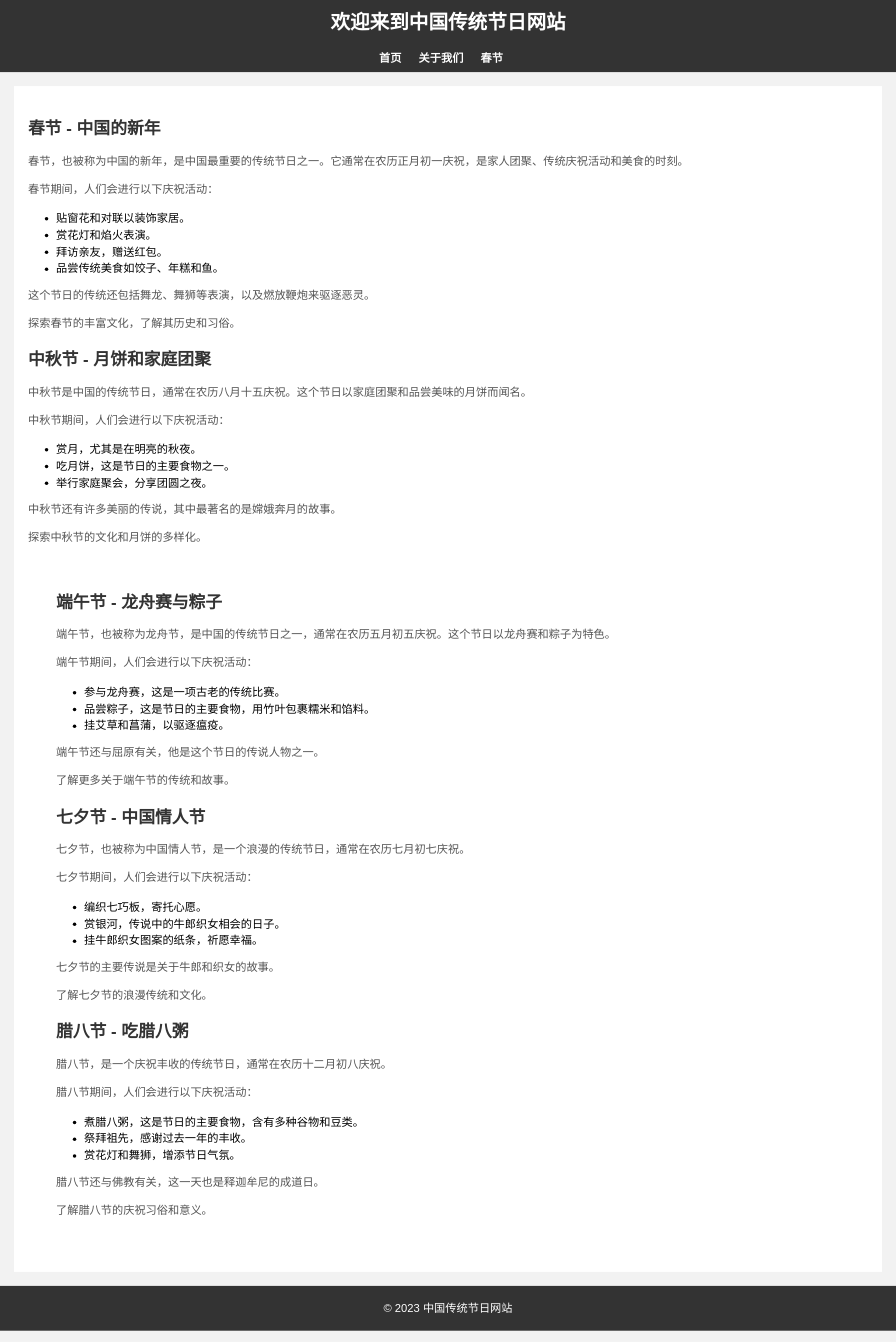
Repository: XueJie1/computer-operation-basics
Page: index.html
An editor plug-in stored every save of this project. The page is shown before and after the next save, followed by the edit.
The browser window is 1280 px wide. The pictures show the whole page, at 70% of full size.

Above is the page before, as saved 2023-08-30 14:56:39.

### index.html
<!DOCTYPE html>
<html lang="zh-CN">

<head>
    <meta charset="UTF-8">
    <meta name="viewport" content="width=device-width, initial-scale=1.0">
    <title>中国传统节日</title>
    <link rel="stylesheet" type="text/css" href="./css/styles.css" />
    <script src="https://cdn.bootcdn.net/ajax/libs/jquery/3.6.4/jquery.js"></script>
</head>

<body>
    <div id="header"></div>
    <main>
        <section id="spring-festival">
            <h2>春节 - 中国的新年</h2>
            <p>春节，也被称为中国的新年，是中国最重要的传统节日之一。它通常在农历正月初一庆祝，是家人团聚、传统庆祝活动和美食的时刻。</p>
            <p>春节期间，人们会进行以下庆祝活动：</p>
            <ul>
                <li>贴窗花和对联以装饰家居。</li>
                <li>赏花灯和焰火表演。</li>
                <li>拜访亲友，赠送红包。</li>
                <li>品尝传统美食如饺子、年糕和鱼。</li>
            </ul>
            <p>这个节日的传统还包括舞龙、舞狮等表演，以及燃放鞭炮来驱逐恶灵。</p>
            <p>探索春节的丰富文化，了解其历史和习俗。</p>
        </section>

        <section id="mid-autumn-festival">
            <h2>中秋节 - 月饼和家庭团聚</h2>
            <p>中秋节是中国的传统节日，通常在农历八月十五庆祝。这个节日以家庭团聚和品尝美味的月饼而闻名。</p>
            <p>中秋节期间，人们会进行以下庆祝活动：</p>
            <ul>
                <li>赏月，尤其是在明亮的秋夜。</li>
                <li>吃月饼，这是节日的主要食物之一。</li>
                <li>举行家庭聚会，分享团圆之夜。</li>
            </ul>
            <p>中秋节还有许多美丽的传说，其中最著名的是嫦娥奔月的故事。</p>
            <p>探索中秋节的文化和月饼的多样化。</p>
        </section>

        <main>
            <!-- 春节内容（与前面示例一致） -->

            <!-- 中秋节内容（与前面示例一致） -->

            <section id="dragon-boat-festival">
                <h2>端午节 - 龙舟赛与粽子</h2>
                <p>端午节，也被称为龙舟节，是中国的传统节日之一，通常在农历五月初五庆祝。这个节日以龙舟赛和粽子为特色。</p>
                <p>端午节期间，人们会进行以下庆祝活动：</p>
                <ul>
                    <li>参与龙舟赛，这是一项古老的传统比赛。</li>
                    <li>品尝粽子，这是节日的主要食物，用竹叶包裹糯米和馅料。</li>
                    <li>挂艾草和菖蒲，以驱逐瘟疫。</li>
                </ul>
                <p>端午节还与屈原有关，他是这个节日的传说人物之一。</p>
                <p>了解更多关于端午节的传统和故事。</p>
            </section>

            <section id="qixi-festival">
                <h2>七夕节 - 中国情人节</h2>
                <p>七夕节，也被称为中国情人节，是一个浪漫的传统节日，通常在农历七月初七庆祝。</p>
                <p>七夕节期间，人们会进行以下庆祝活动：</p>
                <ul>
                    <li>编织七巧板，寄托心愿。</li>
                    <li>赏银河，传说中的牛郎织女相会的日子。</li>
                    <li>挂牛郎织女图案的纸条，祈愿幸福。</li>
                </ul>
                <p>七夕节的主要传说是关于牛郎和织女的故事。</p>
                <p>了解七夕节的浪漫传统和文化。</p>
            </section>

            <section id="laba-festival">
                <h2>腊八节 - 吃腊八粥</h2>
                <p>腊八节，是一个庆祝丰收的传统节日，通常在农历十二月初八庆祝。</p>
                <p>腊八节期间，人们会进行以下庆祝活动：</p>
                <ul>
                    <li>煮腊八粥，这是节日的主要食物，含有多种谷物和豆类。</li>
                    <li>祭拜祖先，感谢过去一年的丰收。</li>
                    <li>赏花灯和舞狮，增添节日气氛。</li>
                </ul>
                <p>腊八节还与佛教有关，这一天也是释迦牟尼的成道日。</p>
                <p>了解腊八节的庆祝习俗和意义。</p>
            </section>

            <!-- 添加更多节日的信息 -->

        </main>


    </main>


    <div id="footer"></div>
    <script>
        $("#header").load("header.html");
        $("#footer").load("footer.html");
    </script>
</body>

</html>

### css/styles.css

body {
    font-family: Arial, sans-serif;
    margin: 0;
    padding: 0;
    background-color: #f2f2f2;
}

/* 样式化导航菜单 */
header {
    background-color: #333;
    color: #fff;
    padding: 10px 0;
}

header h1 {
    text-align: center;
    text-decoration: none;
    color: #fff;
}

nav ul {
    list-style-type: none;
    margin: 0;
    padding: 0;
    text-align: center;
}

nav ul li {
    display: inline;
    margin-right: 20px;
}

nav ul li a {
    text-decoration: none;
    color: #fff;
    font-weight: bold;
    font-size: 16px;
}

nav ul li a:hover {
    color: #ff9900; /* 鼠标悬停时的颜色 */
}

main {
    margin: 20px 20px 20px 20px;
}

footer p{
    color: #fff;
    text-align: center;
    background-color: #333;
    padding-top: 20px;
    padding-bottom: 20px;
}

/* 为网页容器设置样式 */
.container {
    display: flex;
}

/* 侧边栏样式 */
.sidebar {
    flex: 0 0 25%; /* 侧边栏占据25%的宽度 */
    background-color: #333;
    color: #fff;
    padding: 20px;
}

.sidebar ul {
    list-style-type: none;
    padding: 0;
}

.sidebar ul li {
    margin-bottom: 10px;
}

.sidebar ul li a {
    text-decoration: none;
    color: #fff;
    font-weight: bold;
    font-size: 16px;
}

/* 主内容区域样式 */
main {
    flex: 0 0 75%; /* 主内容区域占据75%的宽度 */
    background-color: #fff;
    padding: 20px;
}

/* 标题样式 */
h1 {
    font-size: 28px;
    color: #333;
    margin-top: 0;
}

h2 {
    font-size: 24px;
    color: #333;
}

/* 正文样式 */
p {
    font-size: 16px;
    line-height: 1.5;
    color: #555;
}

/* 添加更多栏目的样式，可以按照需要扩展 */

### header.html
<header>
    <h1>欢迎来到中国传统节日网站</h1>
    <!-- 这里放置你的网站导航菜单、标志等内容 -->
    <nav>
        <ul>
            <li><a href="index.html">首页</a></li>
            <li><a href="./pages/about.html">关于我们</a></li>
            <li><a href="./pages/springfestival.html">春节</a></li>
            <!-- 添加其他页面链接 -->
        </ul>
    </nav>
</header>

### footer.html
<footer>
    <p>&copy; 2023 中国传统节日网站</p>
</footer>

After the next save:
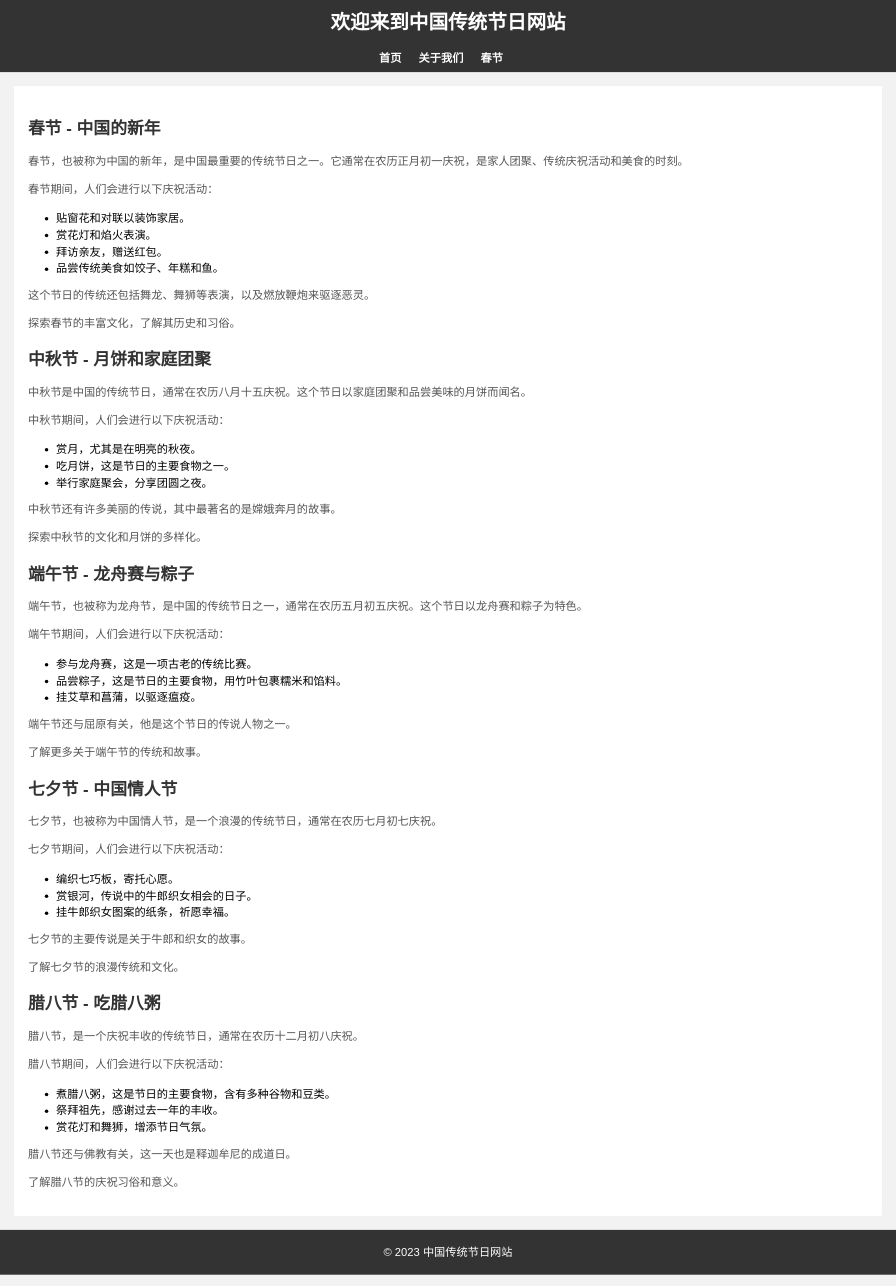
Saved 76 s later.
--- a/index.html
+++ b/index.html
@@ -39,53 +39,53 @@
             <p>探索中秋节的文化和月饼的多样化。</p>
         </section>
 
-        <main>
-            <!-- 春节内容（与前面示例一致） -->
 
-            <!-- 中秋节内容（与前面示例一致） -->
+        <!-- 春节内容（与前面示例一致） -->
 
-            <section id="dragon-boat-festival">
-                <h2>端午节 - 龙舟赛与粽子</h2>
-                <p>端午节，也被称为龙舟节，是中国的传统节日之一，通常在农历五月初五庆祝。这个节日以龙舟赛和粽子为特色。</p>
-                <p>端午节期间，人们会进行以下庆祝活动：</p>
-                <ul>
-                    <li>参与龙舟赛，这是一项古老的传统比赛。</li>
-                    <li>品尝粽子，这是节日的主要食物，用竹叶包裹糯米和馅料。</li>
-                    <li>挂艾草和菖蒲，以驱逐瘟疫。</li>
-                </ul>
-                <p>端午节还与屈原有关，他是这个节日的传说人物之一。</p>
-                <p>了解更多关于端午节的传统和故事。</p>
-            </section>
+        <!-- 中秋节内容（与前面示例一致） -->
 
-            <section id="qixi-festival">
-                <h2>七夕节 - 中国情人节</h2>
-                <p>七夕节，也被称为中国情人节，是一个浪漫的传统节日，通常在农历七月初七庆祝。</p>
-                <p>七夕节期间，人们会进行以下庆祝活动：</p>
-                <ul>
-                    <li>编织七巧板，寄托心愿。</li>
-                    <li>赏银河，传说中的牛郎织女相会的日子。</li>
-                    <li>挂牛郎织女图案的纸条，祈愿幸福。</li>
-                </ul>
-                <p>七夕节的主要传说是关于牛郎和织女的故事。</p>
-                <p>了解七夕节的浪漫传统和文化。</p>
-            </section>
+        <section id="dragon-boat-festival">
+            <h2>端午节 - 龙舟赛与粽子</h2>
+            <p>端午节，也被称为龙舟节，是中国的传统节日之一，通常在农历五月初五庆祝。这个节日以龙舟赛和粽子为特色。</p>
+            <p>端午节期间，人们会进行以下庆祝活动：</p>
+            <ul>
+                <li>参与龙舟赛，这是一项古老的传统比赛。</li>
+                <li>品尝粽子，这是节日的主要食物，用竹叶包裹糯米和馅料。</li>
+                <li>挂艾草和菖蒲，以驱逐瘟疫。</li>
+            </ul>
+            <p>端午节还与屈原有关，他是这个节日的传说人物之一。</p>
+            <p>了解更多关于端午节的传统和故事。</p>
+        </section>
 
-            <section id="laba-festival">
-                <h2>腊八节 - 吃腊八粥</h2>
-                <p>腊八节，是一个庆祝丰收的传统节日，通常在农历十二月初八庆祝。</p>
-                <p>腊八节期间，人们会进行以下庆祝活动：</p>
-                <ul>
-                    <li>煮腊八粥，这是节日的主要食物，含有多种谷物和豆类。</li>
-                    <li>祭拜祖先，感谢过去一年的丰收。</li>
-                    <li>赏花灯和舞狮，增添节日气氛。</li>
-                </ul>
-                <p>腊八节还与佛教有关，这一天也是释迦牟尼的成道日。</p>
-                <p>了解腊八节的庆祝习俗和意义。</p>
-            </section>
+        <section id="qixi-festival">
+            <h2>七夕节 - 中国情人节</h2>
+            <p>七夕节，也被称为中国情人节，是一个浪漫的传统节日，通常在农历七月初七庆祝。</p>
+            <p>七夕节期间，人们会进行以下庆祝活动：</p>
+            <ul>
+                <li>编织七巧板，寄托心愿。</li>
+                <li>赏银河，传说中的牛郎织女相会的日子。</li>
+                <li>挂牛郎织女图案的纸条，祈愿幸福。</li>
+            </ul>
+            <p>七夕节的主要传说是关于牛郎和织女的故事。</p>
+            <p>了解七夕节的浪漫传统和文化。</p>
+        </section>
 
-            <!-- 添加更多节日的信息 -->
+        <section id="laba-festival">
+            <h2>腊八节 - 吃腊八粥</h2>
+            <p>腊八节，是一个庆祝丰收的传统节日，通常在农历十二月初八庆祝。</p>
+            <p>腊八节期间，人们会进行以下庆祝活动：</p>
+            <ul>
+                <li>煮腊八粥，这是节日的主要食物，含有多种谷物和豆类。</li>
+                <li>祭拜祖先，感谢过去一年的丰收。</li>
+                <li>赏花灯和舞狮，增添节日气氛。</li>
+            </ul>
+            <p>腊八节还与佛教有关，这一天也是释迦牟尼的成道日。</p>
+            <p>了解腊八节的庆祝习俗和意义。</p>
+        </section>
 
-        </main>
+        <!-- 添加更多节日的信息 -->
+
+
 
 
     </main>
